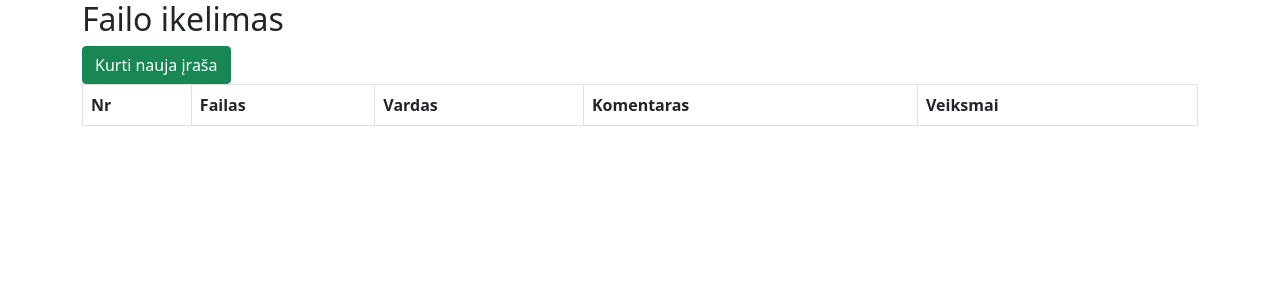
Repository: WafIukas/Bylos-ikelimas
Page: http://localhost/products
These files come from the project's save history. The page is drawn as it stood at one moment and after the next save; the edit follows.
The browser window is 1280 px wide. The pictures show the whole page.
The page is served by the project's Laravel application, run on PHP 8.4 with Laravel 9. Other server files are loaded and not shown. Queries for data that is not in the repository find no rows.

Above is the page before, as saved 2022-04-29 17:28:46.

### routes/web.php
<?php

use Illuminate\Support\Facades\Route;

use App\Http\Controllers\ProductController;

/*
|--------------------------------------------------------------------------
| Web Routes
|--------------------------------------------------------------------------
|
| Here is where you can register web routes for your application. These
| routes are loaded by the RouteServiceProvider within a group which
| contains the "web" middleware group. Now create something great!
|
*/

Route::resource('products', ProductController::class);
Route::get('viewfiles', [DownloadController::class, 'index']);

Route::get('get/{file_name}', [DownloadController::class, 'getfile']);

### app/Http/Controllers/ProductController.php
<?php

namespace App\Http\Controllers;

use App\Models\Product;
use Illuminate\Http\Request;

class ProductController extends Controller
{
    /**
     * Display a listing of the resource.
     *
     * @return \Illuminate\Http\Response
     */
    public function index()
    {
        $products = Product::latest()->paginate(5);

        return view('products.index',compact('products'))
            ->with('i', (request()->input('page', 1) - 1) * 5);
    }

    /**
     * Show the form for creating a new resource.
     *
     * @return \Illuminate\Http\Response
     */
    public function create()
    {
        return view('products.create');
    }

    /**
     * Store a newly created resource in storage.
     *
     * @param  \Illuminate\Http\Request  $request
     * @return \Illuminate\Http\Response
     */
    public function store(Request $request)
    {
        $request->validate([
            'name' => 'required',
            'detail' => 'required',
            'image' => 'required|image|mimes:jpeg,png,jpg,gif,svg|max:2048',
        ]);

        $input = $request->all();

        if ($image = $request->file('image')) {
            $destinationPath = 'images/';
            $profileImage = date('YmdHis') . "." . $image->getClientOriginalExtension();
            $image->move($destinationPath, $profileImage);
            $input['image'] = "$profileImage";
        }

        Product::create($input);

        return redirect()->route('products.index')
                                  ->with('success','Įrašas sukurtas');    }

    /**
     * Display the specified resource.
     *
     * @param  \App\Product  $product
     * @return \Illuminate\Http\Response
     */
    public function show(Product $product)
    {
        return view('products.show',compact('product'));
    }

    /**
     * Show the form for editing the specified resource.
     *
     * @param  \App\Product  $product
     * @return \Illuminate\Http\Response
     */
    public function edit(Product $product)
    {
        return view('products.edit',compact('product'));
    }

    /**
     * Update the specified resource in storage.
     *
     * @param  \Illuminate\Http\Request  $request
     * @param  \App\Product  $product
     * @return \Illuminate\Http\Response
     */
    public function update(Request $request, Product $product)
    {
        $request->validate([
            'name' => 'required',
            'detail' => 'required'
        ]);

        $input = $request->all();

        if ($image = $request->file('image')) {
            $destinationPath = 'images/';
            $profileImage = date('YmdHis') . "." . $image->getClientOriginalExtension();
            $image->move($destinationPath, $profileImage);
            $input['image'] = "$profileImage";
        }else{
            unset($input['image']);
        }

        $product->update($input);

        return redirect()->route('products.index')
                        ->with('success','Įrašas atnaujintas');
    }

    /**
     * Remove the specified resource from storage.
     *
     * @param  \App\Product  $product
     * @return \Illuminate\Http\Response
     */
    public function destroy(Product $product)
    {
        $product->delete();

        return redirect()->route('products.index')
                        ->with('success','Įrašas ištrintas');
    }
}

### app/Models/Product.php
<?php

namespace App\Models;

use Illuminate\Database\Eloquent\Factories\HasFactory;
use Illuminate\Database\Eloquent\Model;

class Product extends Model
{
    use HasFactory;

    protected $fillable = [
        'name', 'detail', 'image'
    ];
}

### resources/views/products/index.blade.php
@extends('products.layout')

@section('content')
    <div class="row">
        <div class="col-lg-12 margin-tb">
            <div class="pull-left">
                <h2>Failo ikelimas</h2>
            </div>
            <div class="pull-right">
            <a class="btn btn-success" href="{{ route('products.create') }}">Kurti nauja įraša</a>
            </div>
        </div>
    </div>

    @if ($message = Session::get('success'))
        <div class="alert alert-success">
            <p>{{ $message }}</p>
        </div>
    @endif

    <table class="table table-bordered">
        <tr>
            <th>Nr</th>
            <th>Failas</th>
            <th>Vardas</th>
            <th>Komentaras</th>
            <th width="280px">Veiksmai</th>
        </tr>
        @foreach ($products as $product)
        <tr>
            <td>{{ ++$i }}</td>
            <td><img src="/images/{{ $product->image }}" width="100px"></td>
            <td>{{ $product->name }}</td>
            <td>{{ $product->detail }}</td>
            <td>
            <form action="{{ route('products.destroy',$product->id) }}" method="POST">

               <a class="btn btn-info" href="{{ route('products.show',$product->id) }}">Perziura</a>

               <a class="btn btn-primary" href="{{ route('products.edit',$product->id) }}">Redagavimas</a>
                    @csrf
                    @method('DELETE')

                    <button type="submit" class="btn btn-danger">Trinti</button>
                </form>
            </td>
        </tr>
        @endforeach
    </table>

    {!! $products->links() !!}

@endsection

### resources/views/products/layout.blade.php
<!DOCTYPE html>
<html>
<head>
    <title>Failo ikelimas</title>
    <link href="https://cdn.jsdelivr.net/npm/bootstrap@5.0.2/dist/css/bootstrap.min.css" rel="stylesheet">
</head>
<body>

<div class="container">
    @yield('content')
</div>

</body>
</html>

Loaded but not shown: app/Http/Controllers/Controller.php (common file)

After the next save:
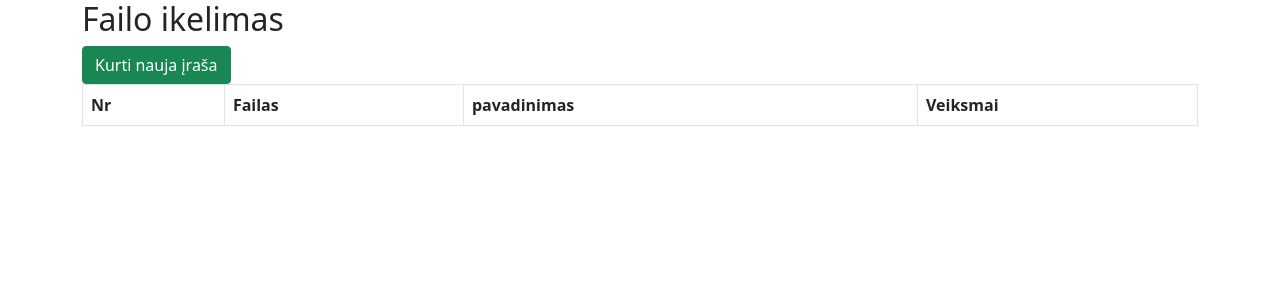
Saved 60 s later.
--- a/resources/views/products/index.blade.php
+++ b/resources/views/products/index.blade.php
@@ -22,8 +22,7 @@
         <tr>
             <th>Nr</th>
             <th>Failas</th>
-            <th>Vardas</th>
-            <th>Komentaras</th>
+            <th>pavadinimas</th>
             <th width="280px">Veiksmai</th>
         </tr>
         @foreach ($products as $product)
